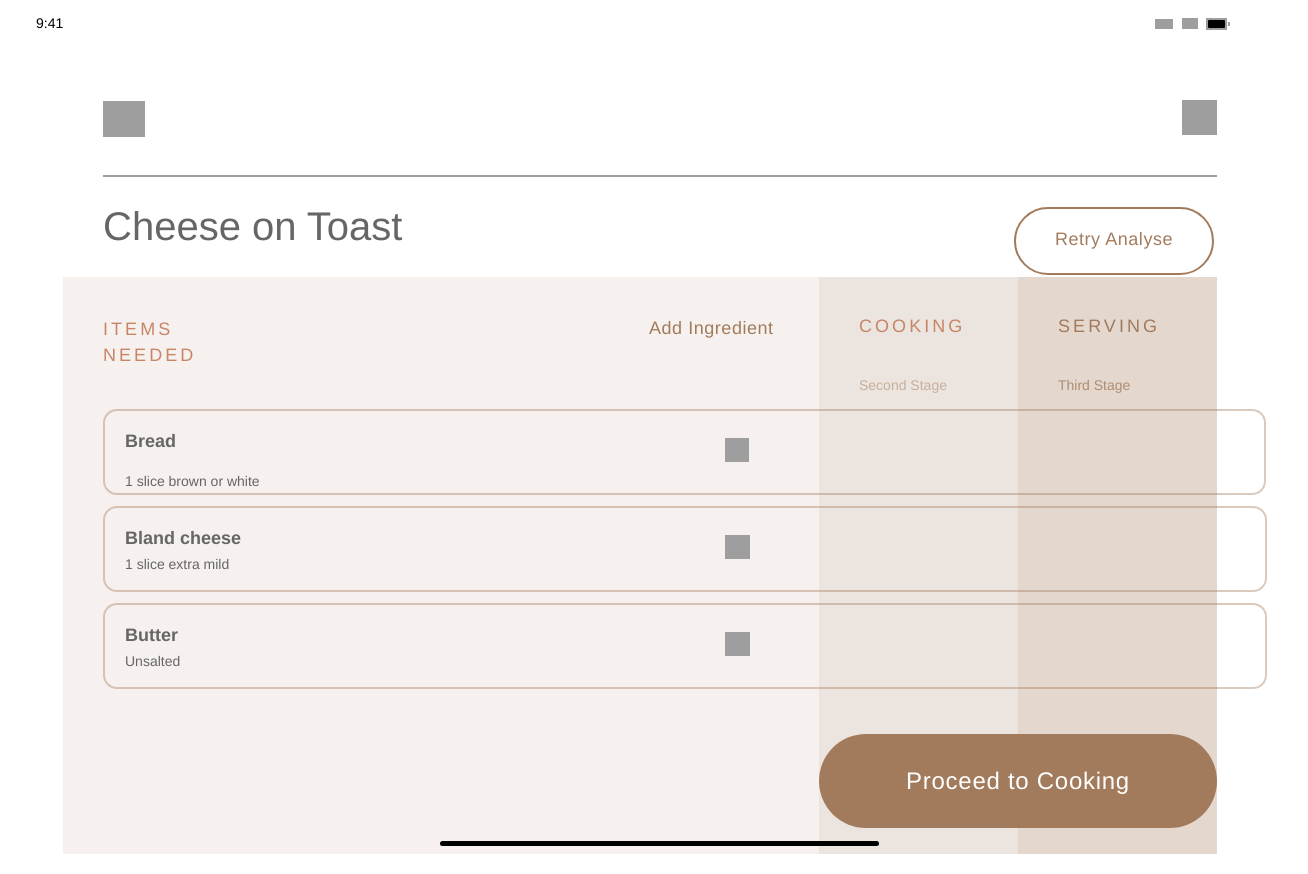
Repository: devashrisamani/SMC
Page: index.html
An editor plug-in stored every save of this project. The page is shown before and after the next save, followed by the edit.
The browser window is 1280 px wide. The page is 1292 px wide, then 1308 px, so the pictures cover 1308 px, including what lies to the right of the window. The pictures show the whole page.
Pictures or frames that could not be fetched are drawn as grey boxes.

Above is the page before, as saved 2024-10-09 14:39:04.

### index.html
<!DOCTYPE html>
<html>
  <head>
    <meta charset="utf-8" />
    <!-- <link rel="stylesheet" href="globals.css" /> -->
    <link rel="stylesheet" href="styleguide.css" />
    <link rel="stylesheet" href="styles.css" />
  </head>
  <body>
    <div class="step-items-needed">
      <div class="div">
        <div class="overlap">
          <div class="rectangle"></div>
          <img class="line" src="img/line-1.svg" />
          <img class="logomark" src="img/logomark.svg" />
          <img class="help-circle" src="img/help-circle.svg" />
          <div class="rectangle-2"></div>
          <div class="rectangle-3"></div>
          <div class="rectangle-4"></div>
          <div class="text-wrapper">Cheese on Toast</div>
          <div class="buttons">
            <div class="button-base"><div class="text">Retry Analyse</div></div>
          </div>
          <div class="cooking">COOKING</div>
          <div class="serving">SERVING</div>
          <div class="home-indicator"><div class="home-indicator-2"></div></div>
          <div class="button-base-wrapper">
            <div class="button-base-2">
              <div class="text-2">Proceed to Cooking</div>
            </div>
          </div>
          <div class="text-3">Add Ingredient</div>
          <div class="group">
            <div class="overlap-group">
              <div class="frame">
                <div class="group-wrapper">
                  <div class="group-2">
                    <div class="text-wrapper-2">Bread</div>
                    <p class="text-wrapper-3">1 slice brown or white</p>
                  </div>
                </div>
              </div>
              <img class="delete" src="img/image.svg" />
            </div>
          </div>
          <div class="overlap-wrapper">
            <div class="overlap-group">
              <div class="div-wrapper">
                <div class="group-3">
                  <div class="group-4">
                    <div class="text-wrapper-2">Butter</div>
                    <div class="text-wrapper-3">Unsalted</div>
                  </div>
                </div>
              </div>
              <img class="img" src="img/delete.svg" />
            </div>
          </div>
          <div class="overlap-group-wrapper">
            <div class="overlap-group">
              <div class="div-wrapper">
                <div class="group-5">
                  <div class="group-6">
                    <div class="text-wrapper-2">Bland cheese</div>
                    <div class="text-wrapper-3">1 slice extra mild</div>
                  </div>
                </div>
              </div>
              <img class="img" src="img/delete.svg" />
            </div>
          </div>
          <div class="items-needed">ITEMS <br />NEEDED</div>
          <div class="text-wrapper-4">Second Stage</div>
          <div class="text-wrapper-5">Third Stage</div>
        </div>
        <div class="status-bar">
          <div class="time">
            <div class="clock">
              <div class="text-wrapper-6">9</div>
              <div class="text-wrapper-6">:</div>
              <div class="text-wrapper-6">41</div>
            </div>
          </div>
          <div class="icons">
            <img class="cellular-signal" src="img/cellular-signal.svg" />
            <img class="wifi" src="img/wifi.svg" />
            <div class="battery">
              <div class="indicator-wrapper"><div class="indicator"></div></div>
              <img class="cap" src="img/cap.svg" />
            </div>
          </div>
        </div>
      </div>
    </div>
  </body>
</html>

### styleguide.css
:root {
  --ioskey-label: rgba(0, 0, 0, 1);
  --text-base-medium-font-family: "DM Sans", Helvetica;
  --text-base-medium-font-weight: 500;
  --text-base-medium-font-size: 16px;
  --text-base-medium-letter-spacing: 0.48px;
  --text-base-medium-line-height: 24px;
  --text-base-medium-font-style: normal;
  --text-xs-regular-font-family: "DM Sans", Helvetica;
  --text-xs-regular-font-weight: 400;
  --text-xs-regular-font-size: 12px;
  --text-xs-regular-letter-spacing: 0.36px;
  --text-xs-regular-line-height: 16px;
  --text-xs-regular-font-style: normal;
  --system-colors-miscellaneous-floating-tab-text-unselected: rgba(0, 0, 0, 1);
  --space-rounded-space-space-6: var(--base-size-size-24);
  --space-rounded-space-space-3: var(--base-size-size-12);
  --space-rounded-space-space-5: var(--base-size-size-20);
  --space-rounded-space-space-9: var(--base-size-size-36);
  --space-rounded-space-space-4: var(--base-size-size-16);
  --space-rounded-rounded-full: 9999px;
  --base-size-size-24: 24px;
  --base-size-size-12: 12px;
  --base-size-size-20: 20px;
  --base-size-size-36: 36px;
  --base-size-size-16: 16px;
  --base-colors-primary-main: rgba(162, 123, 92, 1);
  --base-colors-neutral-white: rgba(255, 255, 255, 1);
  --base-colors-yellow-main: rgba(255, 169, 11, 1);
  --color-tokens-BG-primary-default: var(--base-colors-primary-main);
  --color-tokens-icon-white: var(--base-colors-neutral-white);
  --color-tokens-BG-neutral-white: var(--base-colors-neutral-white);
  --color-tokens-BG-yellow-default: var(--base-colors-yellow-main);
}

/*

  To enable a theme in your HTML, simply add one of the following data attributes to an HTML element, like so:

  <body data-system-colors-mode="light">
      <!-- the rest of your content -->
  </body>

  You can apply the theme on any DOM node, not just the `body`

  */

[data-system-colors-mode="light"] {
  --system-colors-miscellaneous-floating-tab-text-unselected: rgba(0, 0, 0, 1);
}

[data-system-colors-mode="dark"] {
  --system-colors-miscellaneous-floating-tab-text-unselected: rgba(
    255,
    255,
    255,
    0.4
  );
}

[data-system-colors-mode="dark-elevated"] {
  --system-colors-miscellaneous-floating-tab-text-unselected: rgba(
    255,
    255,
    255,
    0.4
  );
}

### styles.css
.step-items-needed {
  /* Remove background color */
  display: flex;
  flex-direction: row;
  justify-content: center;
  width: 100%;
  margin: 20px; /* Add margin around the page */
}

.step-items-needed .div {
  /* Remove background color */
  width: 1194px;
  height: 834px;
  position: relative;
  margin: auto; /* This centers the content horizontally */
}

.step-items-needed .overlap {
  position: absolute;
  width: 1194px;
  height: 834px;
  top: 0;
  left: 0;
  background-size: 100% 100%;
  margin: 0 auto; /* This will ensure no borders on the side */
}

.step-items-needed .rectangle {
  position: absolute;
  width: 1194px;
  height: 834px;
  top: 0;
  left: 0;
  background-color: #ffffff;
  gap: var(--space-rounded-space-space-6);
}

.step-items-needed .line {
  position: absolute;
  width: 1114px;
  height: 2px;
  top: 155px;
  left: 40px;
}

.step-items-needed .logomark {
  position: absolute;
  width: 42px;
  height: 36px;
  top: 81px;
  left: 40px;
}

.step-items-needed .help-circle {
  position: absolute;
  width: 35px;
  height: 35px;
  top: 80px;
  left: 1119px;
}

.step-items-needed .rectangle-2 {
  position: absolute;
  width: 199px;
  height: 577px;
  top: 257px;
  left: 955px;
  background-color: #a27b5c;
  opacity: 0.3;
}

.step-items-needed .rectangle-3 {
  position: absolute;
  width: 199px;
  height: 577px;
  top: 257px;
  left: 756px;
  background-color: #a27b5c;
  opacity: 0.2;
}

.step-items-needed .rectangle-4 {
  position: absolute;
  width: 756px;
  height: 577px;
  top: 257px;
  left: 0;
  background-color: #a27b5c;
  opacity: 0.1;
}

.step-items-needed .text-wrapper {
  position: absolute;
  height: 40px;
  top: 186px;
  left: 40px;
  font-family: "Calistoga-Regular", Helvetica;
  font-weight: 400;
  color: #666666;
  font-size: 40px;
  letter-spacing: 0;
  line-height: 40px;
  white-space: nowrap;
}

.step-items-needed .buttons {
  display: flex;
  width: 200px;
  height: 40px;
  align-items: flex-start;
  position: absolute;
  top: 187px;
  left: 951px;
}

.step-items-needed .button-base {
  display: flex;
  height: 40px;
  align-items: center;
  justify-content: center;
  gap: var(--space-rounded-space-space-3);
  padding: var(--space-rounded-space-space-3) var(--space-rounded-space-space-5)
    var(--space-rounded-space-space-3) var(--space-rounded-space-space-5);
  position: relative;
  flex: 1;
  flex-grow: 1;
  border-radius: var(--space-rounded-rounded-full);
  border: 2px solid;
  border-color: #a27b5c;
}

.step-items-needed .text {
  position: relative;
  width: fit-content;
  margin-top: -6px;
  margin-bottom: -2px;
  font-family: "Calistoga-Regular", Helvetica;
  font-weight: 400;
  color: #a27b5c;
  font-size: 18px;
  text-align: center;
  letter-spacing: 0.54px;
  line-height: 24px;
  white-space: nowrap;
}

.step-items-needed .cooking {
  position: absolute;
  height: 21px;
  top: 296px;
  left: 796px;
  font-family: "Aboreto-Regular", Helvetica;
  font-weight: 400;
  color: #c88566;
  font-size: 18px;
  letter-spacing: 3.06px;
  line-height: normal;
  white-space: nowrap;
}

.step-items-needed .serving {
  position: absolute;
  height: 21px;
  top: 296px;
  left: 995px;
  font-family: "Aboreto-Regular", Helvetica;
  font-weight: 400;
  color: #a27b5c;
  font-size: 18px;
  letter-spacing: 3.06px;
  line-height: normal;
  white-space: nowrap;
}

.step-items-needed .home-indicator {
  position: absolute;
  width: 1194px;
  height: 72px;
  top: 762px;
  left: 0;
}

.step-items-needed .home-indicator-2 {
  position: relative;
  width: 439px;
  height: 5px;
  top: 59px;
  left: 377px;
  background-color: var(--ioskey-label);
  border-radius: 5px;
}

.step-items-needed .button-base-wrapper {
  display: flex;
  width: 398px;
  height: 70px;
  align-items: flex-start;
  position: absolute;
  top: 714px;
  left: 756px;
}

.step-items-needed .button-base-2 {
  display: flex;
  height: 70px;
  align-items: center;
  justify-content: center;
  gap: var(--space-rounded-space-space-3);
  padding: var(--space-rounded-space-space-3) var(--space-rounded-space-space-5)
    var(--space-rounded-space-space-3) var(--space-rounded-space-space-5);
  position: relative;
  flex: 1;
  flex-grow: 1;
  background-color: var(--color-tokens-BG-primary-default);
  border-radius: var(--space-rounded-rounded-full);
}

.step-items-needed .text-2 {
  position: relative;
  width: fit-content;
  color: #ffffff;
  font-size: 24px;
  letter-spacing: 0.72px;
  font-family: "Calistoga-Regular", Helvetica;
  font-weight: 400;
  line-height: 24px;
  white-space: nowrap;
}

.step-items-needed .text-3 {
  position: absolute;
  top: 296px;
  left: 586px;
  color: #a27b5c;
  font-size: 18px;
  letter-spacing: 0.54px;
  font-family: "Calistoga-Regular", Helvetica;
  font-weight: 400;
  line-height: 24px;
  white-space: nowrap;
}

.step-items-needed .group {
  position: absolute;
  width: 675px;
  height: 82px;
  top: 389px;
  left: 40px;
}

.step-items-needed .overlap-group {
  position: relative;
  height: 82px;
  border-radius: 14px;
}

.step-items-needed .frame {
  display: flex;
  width: 675px;
  align-items: center;
  gap: 20px;
  padding: 20px 464px 20px 20px;
  position: absolute;
  top: 0;
  left: 0;
  border-radius: 14px;
  border: 2px solid;
  border-color: #a27b5c66;
}

.step-items-needed .group-wrapper {
  position: relative;
  width: 148px;
  height: 42px;
}

.step-items-needed .group-2 {
  position: relative;
  width: 152px;
  height: 42px;
}

.step-items-needed .text-wrapper-2 {
  position: absolute;
  top: 0;
  left: 0;
  font-family: "Epilogue-SemiBold", Helvetica;
  font-weight: 600;
  color: #666666;
  font-size: 18px;
  letter-spacing: 0;
  line-height: normal;
  white-space: nowrap;
}

.step-items-needed .text-wrapper-3 {
  position: absolute;
  top: 28px;
  left: 0;
  font-family: "Epilogue-Regular", Helvetica;
  font-weight: 400;
  color: #666666;
  font-size: 14px;
  letter-spacing: 0;
  line-height: normal;
  white-space: nowrap;
}

.step-items-needed .delete {
  position: absolute;
  width: 24px;
  height: 24px;
  top: 29px;
  left: 622px;
}

.step-items-needed .overlap-wrapper {
  position: absolute;
  width: 676px;
  height: 82px;
  top: 583px;
  left: 40px;
}

.step-items-needed .div-wrapper {
  display: flex;
  width: 676px;
  align-items: center;
  gap: 20px;
  padding: 20px 464px 20px 20px;
  position: absolute;
  top: 0;
  left: 0;
  border-radius: 14px;
  border: 2px solid;
  border-color: #a27b5c66;
}

.step-items-needed .group-3 {
  width: 62px;
  position: relative;
  height: 42px;
}

.step-items-needed .group-4 {
  width: 66px;
  position: relative;
  height: 42px;
}

.step-items-needed .img {
  position: absolute;
  width: 25px;
  height: 24px;
  top: 29px;
  left: 622px;
}

.step-items-needed .overlap-group-wrapper {
  position: absolute;
  width: 676px;
  height: 82px;
  top: 486px;
  left: 40px;
}

.step-items-needed .group-5 {
  width: 124px;
  position: relative;
  height: 42px;
}

.step-items-needed .group-6 {
  width: 128px;
  position: relative;
  height: 42px;
}

.step-items-needed .items-needed {
  position: absolute;
  height: 52px;
  top: 296px;
  left: 40px;
  font-family: "Aboreto-Regular", Helvetica;
  font-weight: 400;
  color: #c88566;
  font-size: 18px;
  letter-spacing: 3.06px;
  line-height: 26px;
}

.step-items-needed .text-wrapper-4 {
  position: absolute;
  top: 357px;
  left: 796px;
  opacity: 0.5;
  font-family: "Epilogue-Regular", Helvetica;
  font-weight: 400;
  color: #a27b5c;
  font-size: 14px;
  letter-spacing: 0;
  line-height: normal;
  white-space: nowrap;
}

.step-items-needed .text-wrapper-5 {
  position: absolute;
  top: 357px;
  left: 995px;
  opacity: 0.8;
  font-family: "Epilogue-Regular", Helvetica;
  font-weight: 400;
  color: #a27b5c;
  font-size: 14px;
  letter-spacing: 0;
  line-height: normal;
  white-space: nowrap;
}

.step-items-needed .status-bar {
  display: flex;
  width: 1194px;
  align-items: center;
  justify-content: space-between;
  padding: var(--space-rounded-space-space-4) var(--space-rounded-space-space-5)
    var(--space-rounded-space-space-4) var(--space-rounded-space-space-9);
  position: fixed;
  top: 0;
  left: 0;
}

.step-items-needed .time {
  display: inline-flex;
  align-items: center;
  justify-content: center;
  gap: 4px;
  position: relative;
  flex: 0 0 auto;
}

.step-items-needed .clock {
  display: inline-flex;
  align-items: center;
  position: relative;
  flex: 0 0 auto;
}

.step-items-needed .text-wrapper-6 {
  position: relative;
  width: fit-content;
  margin-top: -1px;
  font-family: "SF Pro Display-Medium", Helvetica;
  font-weight: 500;
  color: var(--system-colors-miscellaneous-floating-tab-text-unselected);
  font-size: 14px;
  letter-spacing: 0;
  line-height: normal;
}

.step-items-needed .icons {
  display: inline-flex;
  align-items: center;
  justify-content: flex-end;
  gap: 8.5px;
  position: relative;
  flex: 0 0 auto;
}

.step-items-needed .cellular-signal {
  position: relative;
  width: 18px;
  height: 10px;
}

.step-items-needed .wifi {
  position: relative;
  width: 16px;
  height: 11.62px;
}

.step-items-needed .battery {
  position: relative;
  width: 24px;
  height: 12px;
}

.step-items-needed .indicator-wrapper {
  position: absolute;
  width: 21px;
  height: 12px;
  top: 0;
  left: 0;
  background-image: url(./img/border.svg);
  background-size: 100% 100%;
}

.step-items-needed .indicator {
  position: relative;
  width: 17px;
  height: 8px;
  top: 2px;
  left: 2px;
  background-color: var(
    --system-colors-miscellaneous-floating-tab-text-unselected
  );
  border-radius: 1px;
}

.step-items-needed .cap {
  position: absolute;
  width: 2px;
  height: 4px;
  top: 4px;
  left: 22px;
}

After the next save:
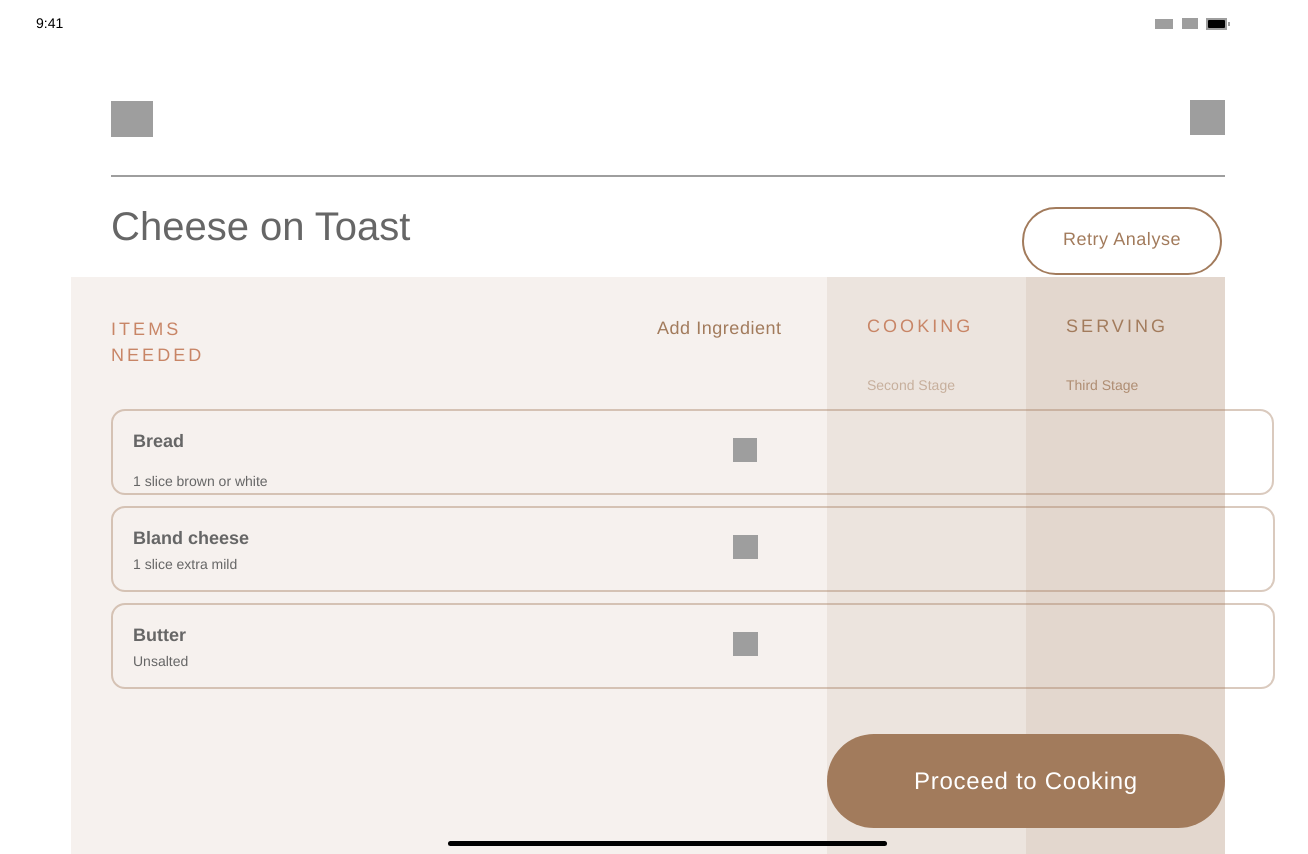
Saved 81 s later.
--- a/styles.css
+++ b/styles.css
@@ -3,7 +3,8 @@
   display: flex;
   flex-direction: row;
   justify-content: center;
-  width: 100%;
+  width: 100vw; /* Full viewport width */
+  height: 100vh; /* Full viewport height */
   margin: 20px; /* Add margin around the page */
 }
 
